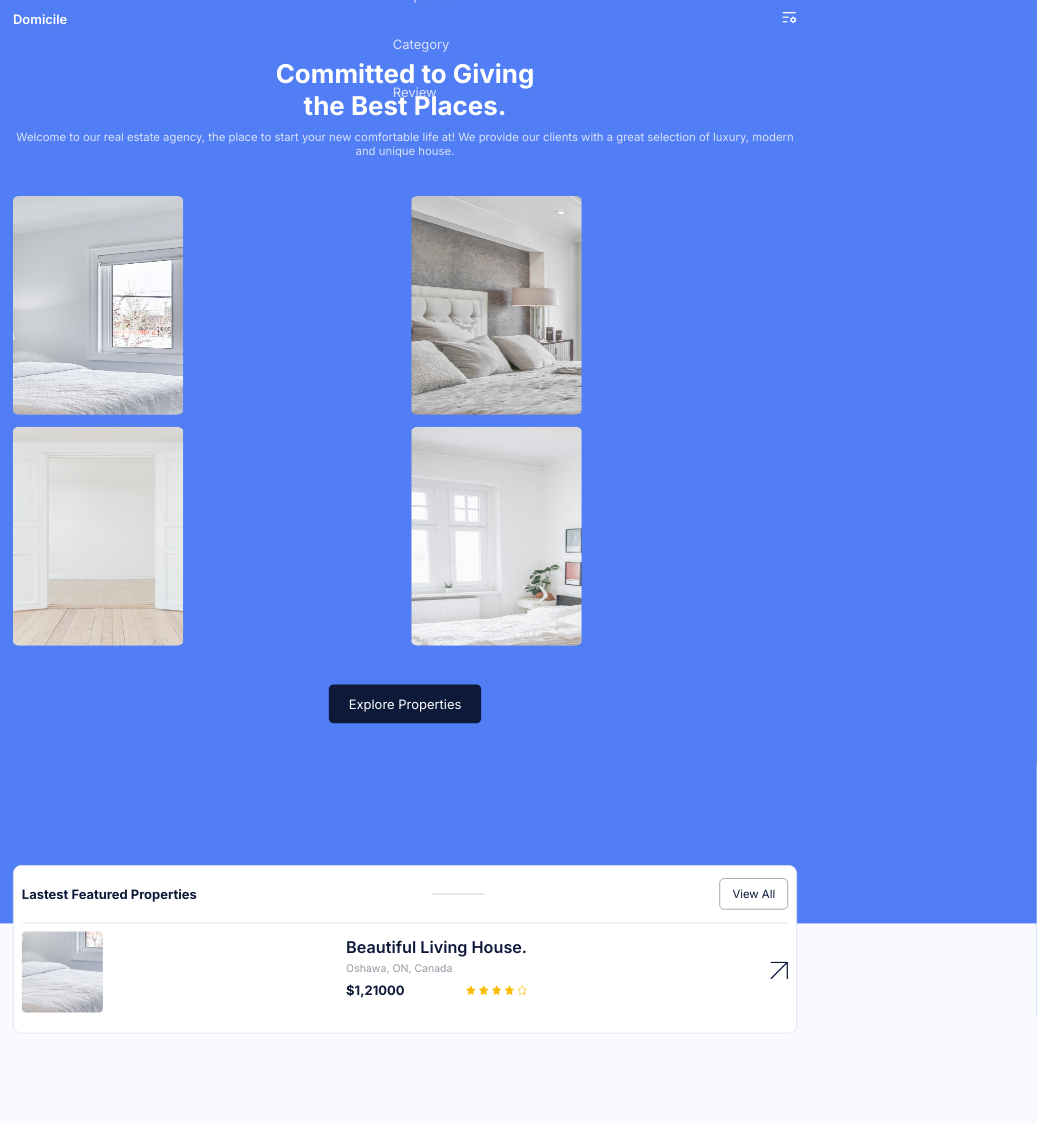
Repository: haokiet2501/domicile-real-estate
Page: index.html
These files come from the project's save history. The page is drawn as it stood at one moment and after the next save; the edit follows.
The browser window is 1280 px wide. The pictures show the whole page, at 81% of full size.
The style sheet was rebuilt from its Sass, Less or Tailwind sources for each picture, by a compiler version that may differ from the author's.

Above is the page before, as saved 2022-06-11 16:30:31.

### index.html
<!DOCTYPE html>
<html lang="en">
<head>
    <meta charset="UTF-8">
    <meta http-equiv="X-UA-Compatible" content="IE=edge">
    <meta name="viewport" content="width=device-width, initial-scale=1.0">
    <link href="https://cdn.jsdelivr.net/npm/remixicon@2.5.0/fonts/remixicon.css" rel="stylesheet">
    <link rel="stylesheet" href="sass/css/styles.css">
    <title>Real Estate Website - Domicile</title>
</head>
<body>
    <header class="header" id="header">
        <nav class="nav container">
            <a href="#" class="nav__logo">Domicile</a>

            <div class="nav__menu" id="nav-menu">
                <ul class="nav__list">
                    <li class="nav__item">
                        <a href="#" class="nav__link active-link">Home</a>
                    </li>
                    <li class="nav__item">
                        <a href="#" class="nav__link">Properties</a>
                    </li>
                    <li class="nav__item">
                        <a href="#" class="nav__link">Category</a>
                    </li>
                    <li class="nav__item">
                        <a href="#" class="nav__link">Review</a>
                    </li>
                </ul>

                <i class="ri-close-line nav__close" id="nav-close"></i>
            </div>

            <div class="nav__toggle" id="nav-toggle">
                <i class="ri-list-settings-line"></i>
            </div>
        </nav>
    </header>

    <main class="main">
        <section class="home section" id="home">
            <div class="home__container container grid">
                <div class="home__data">
                    <h1 class="home__data-subtitle">
                        Committed to Giving<br>the Best Places.
                    </h1>
                    <p class="home__data-title">
                        Welcome to our real estate agency, the place to start your new comfortable life at! We provide our clients with a great selection of luxury, modern and unique house.
                    </p>
                </div>

                <div class="home__images">
                    <img src="imgs/hero-one.png" alt="">
                    <img src="imgs/hero-two.png" alt="">
                    <img src="imgs/hero-three.png" alt="">
                    <img src="imgs/hero-four.png" alt="">
                </div>

                <div class="home__button">
                    <a href="#" class="button">Explore Properties</a>
                </div>
            </div>
        </section>

        <section class="futured" id="futured">
            <div class="futured__container container">
                <div class="futured__properties">
                    <div class="futured__properties-content">
                        Lastest Featured Properties
                    </div>
                    <div class="futured__properties-line"></div>
                    <div class="futured__properties-button">View All</div>
                </div>

                <div class="futured__card">
                    <img class="futured__card-img" src="imgs/future.png" alt="">
                    <div class="futured__card-layouts">
                        <div class="futured__card-text">
                            <h3>Beautiful Living House.</h3>
                            <p>Oshawa, ON, Canada</p>
                        </div>
                        <div class="futured__card-price">
                            <p>$1,21000</p>
                            <img class="futured__card-price-vector" src="imgs/rating.png" alt="">
                        </div>

                        <!-- <div class="futured__card-subtext">
                            <p>
                                This the best and beautiful place for living. You can't find another place like this.<br/> The place to start your new good comfortable life at! We provide...
                            </p>
                        </div> -->
                    </div>
                    <div class="futured__card-btnfutured">
                        <svg width="22" height="22" viewBox="0 0 22 22" fill="none" xmlns="http://www.w3.org/2000/svg">
                            <path d="M1 21L21 1M21 1H1M21 1V21" stroke="#0C1938" stroke-width="1.5" stroke-linecap="round" stroke-linejoin="round"/>
                        </svg>
                    </div>
                </div>
            </div>
        </section>
    </main>
    <script src="app.js"></script>
</body>
</html>

### app.js
// Show Menu
const navMenu = document.getElementById('nav-menu'),
    navToggle = document.getElementById('nav-toggle'),
    navClose = document.getElementById('nav-close');

if (navToggle) {
    navToggle.addEventListener('click', () => {
        navMenu.classList.add('show-menu');
    });
}

if(navClose) {
    navClose.addEventListener('click', () => {
        navMenu.classList.remove('show-menu');
    })
}

### sass/styles.scss
@import './base/base';
@import './main/main';

### sass/base/_base.scss
@import url('https://fonts.googleapis.com/css2?family=Inter:wght@400;500;600;700;800;900&display=swap');

* {
    margin: 0;
    padding: 0;
    box-sizing: border-box;
}

html {
    scroll-behavior: smooth;
}

body {
    font-family: 'Inter', sans-serif;
    font-style: normal;
    background: var(--color-main);
}

ul {
    list-style: none;
}

a {
    text-decoration: none;
}

img {
    max-width: 100%;
    height: auto;
}

button, input {
    border: none;
    outline: none;
}

:root {
    --header-height: 3rem;

    --color-main: #F8FAFF;
    --color-bg-header: #517EF5;
    --white-color: #FFFFFF;
    --color-nav: #D8E2FA;
    --color-footer: #0E1935;
    --color-btn: #0C1938;
    --color-title: #9398A4;

    --biggest-font-size: 2.5rem;
    --medium-font-size: 2rem;
    --h1-font-size: 1.5rem;
    --h2-font-size: 1.25rem;
    --h3-font-size: 1rem;
    --normal-font-size: 0.938rem;
    --small-font-size: 0.813rem;
    --smaller-font-size: 0.75rem;

    --font-smaller: 400;
    --font-medium: 500;
    --font-semi-bold: 600;
    --font-semi-big: 700;

     /* Margin Bottom */
    --mb-0-25: 0.25rem;
    --mb-0-5: 0.5rem;
    --mb-0-75: 0.75rem;
    --mb-1: 1rem;
    --mb-1-25: 1.25rem;
    --mb-1-5: 1.5rem;
    --mb-2: 2rem;
    --mb-2-5: 2.5rem;

    --scale-hover: scale(.98);
}

@media screen and (min-width: 968px) {
    :root {
        --biggest-font-size: 4rem;
        --h1-font-size: 2.25rem;
        --h2-font-size: 1.75rem;
        --h3-font-size: 1.25rem;
        --normal-font-size: 1rem;
        --small-font-size: 0.875rem;
        --smaller-font-size: 0.813rem;
    }
}

### sass/main/_main.scss
.header {
    width: 100%;
    position: fixed;
    top: 0;
    left: 0;
    z-index: 100;
    background-color: var(--color-bg-header);
}

.main {
    overflow-x: hidden;
}

.container {
    max-width: 968px;
    margin-left: var(--mb-1);
    margin-right: var(--mb-1);
}

.grid {
    display: grid;
    gap: 1.5rem;
}

.section {
    padding: 4.5rem 0 2.5rem;
}

// NAV
.nav {
    display: flex;
    justify-content: space-between;
    align-items: center;
    height: var(--header-height);

    &__logo,
    &__toggle{
        color: var(--white-color);
    }

    &__logo {
        font-weight: var(--font-semi-bold);
    }

    &__toggle{
        font-size: 1.2rem;
        cursor: pointer;
    }

    &__menu {
        position: relative;

        @media screen and (max-width: 767px){
            position: fixed;
            background-color: var(--color-footer);
            top: 0;
            right: -100%;
            width: 70%;
            height: 100%;
            box-shadow: -1px 0 4px rgba(0, 0, 0, .15);
            padding: 3rem;
            transition: .4s;
        }
    }

    &__list {
        display: flex;
        flex-direction: column;
        row-gap: 2.5rem;
    }

    &__link {
        font-weight: var(--font-smaller);
        color: var(--color-nav);

        &:hover {
            color: var(--white-color);
            transform: var(--scale-hover);
        }
    }

    &__close {
        position: absolute;
        top: .75rem;
        right: 1rem;
        font-size: 1.5rem;
        color: var(--white-color);
        cursor: pointer;
    }
}

// Show menu
.show-menu {
    right: 0;
}

.home {
    background-color: var(--color-bg-header);
    height: calc(165vh - var(--header-height));
    &__container {
        row-gap: 3rem;
    }

    &__data {
        text-align: center;

        &-subtitle {
            color: var(--white-color);
            font-size: var(--medium-font-size);
            font-weight: var(--font-semi-big);
            margin-bottom: 10px;
        }
        &-title {
            color: var(--color-nav);
            font-weight: var(--font-smaller);
            font-size: var(--small-font-size);
        }
    }

    &__images {
        display: grid;
        gap: 15px;
        grid-template-columns: repeat(2, 1fr);

        img {
            width: 210px;
            height: 270px;
            transition: .3s ease-out;

            &:hover {
                transform: var(--scale-hover);
                transition: .3s ease-out;
            }
        }
    }

    &__button {
        display: flex;
        justify-content: center;
        align-items: center;

        .button {
            padding: 14px 24px;
            background-color: var(--color-btn);
            color: var(--white-color);
            border-radius: 6px;
            font-size: var(--normal-font-size);
            transition: .3s ease-out;

            &:hover {
                transform: var(--scale-hover);
                transition: .3s ease-out;
            }
        }
    }
}

.futured {
    position: relative;
    transform: translateY(-4.5rem);
    padding-bottom: 2.5rem;

    &__container {
        background-color: var(--white-color);
        border: 1px solid #DDE1EA;
        border-radius: 10px;
        padding: 15px 10px;
    }

    &__properties {
        display: flex;
        justify-content: space-between;
        align-items: center;
        border-bottom: 1px solid #DDE1EA;
        padding-bottom: 1rem;

        &-content {
            font-weight: var(--font-semi-big);
            color: var(--color-btn);

        }

        &-line {
            width: calc(var(--header-height) + 1rem);
            height: 1px;
            border: 1px solid #DDE1EA;
        }

        &-button {
            border: 1px solid #9398A4;
            padding: 10px 15px;
            border-radius: 6px;
            color: var(--color-btn);
            font-weight: var(--font-smaller);
            font-size: var(--small-font-size);
            transition: .3s ease-out;

            &:hover {
                transform: var(--scale-hover);
                transition: .3s ease-out;
            }
        }
    }

    &__card {
        display: flex;
        justify-content: space-between;
        align-items: center;
        margin: 10px 0;

        &-img {
            width: 100px;
            height: 100px;
        }

        &-text {
            h3 {
                font-weight: var(--font-semi-bold);
                color: var(--color-btn);
                font-size: var(--h3-font-size);
                margin-bottom: 5px;
            }

            p {
                font-weight: var(--font-smaller);
                color: var(--color-title);
                font-size: var(--smaller-font-size);
                margin-bottom: 10px;
            }
        }

        &-price {
            display: flex;
            justify-content: space-between;
            align-items: center;
            margin-bottom: 10px;

            p {
                font-weight: var(--font-semi-big);
                font-size: var(--normal-font-size);
                color: var(--color-btn);
            }

            &-vector {
                width: 76px;
                height: 14px;
            }
        }

        &-subtext {
            p {
                color: var(--color-title);
                font-size: var(--smaller-font-size);
                font-weight: var(--font-smaller);
            }
        }
    }
}

After the next save:
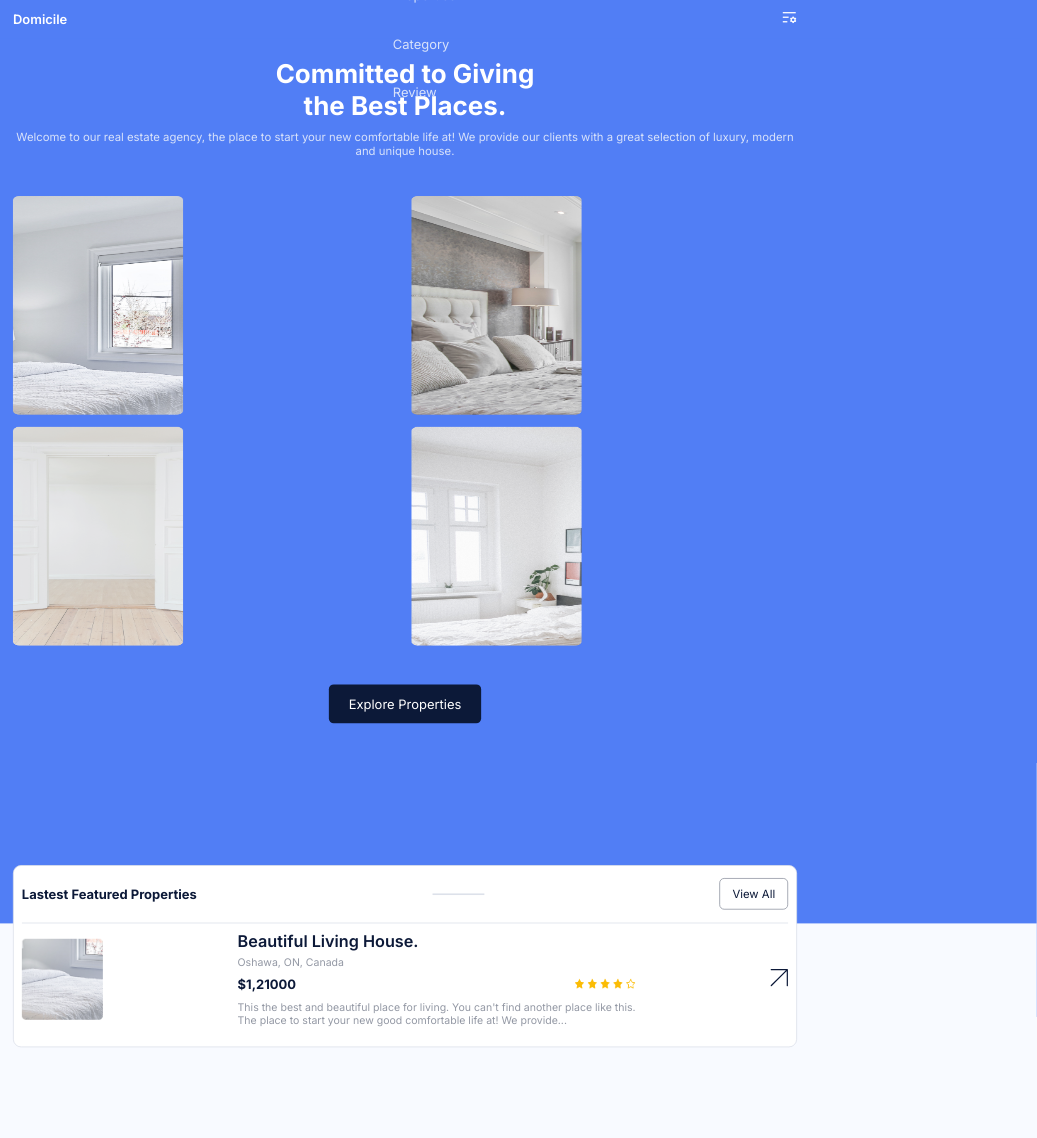
Saved 26 s later.
--- a/index.html
+++ b/index.html
@@ -85,11 +85,11 @@
                             <img class="futured__card-price-vector" src="imgs/rating.png" alt="">
                         </div>
 
-                        <!-- <div class="futured__card-subtext">
+                        <div class="futured__card-subtext">
                             <p>
                                 This the best and beautiful place for living. You can't find another place like this.<br/> The place to start your new good comfortable life at! We provide...
                             </p>
-                        </div> -->
+                        </div>
                     </div>
                     <div class="futured__card-btnfutured">
                         <svg width="22" height="22" viewBox="0 0 22 22" fill="none" xmlns="http://www.w3.org/2000/svg">
